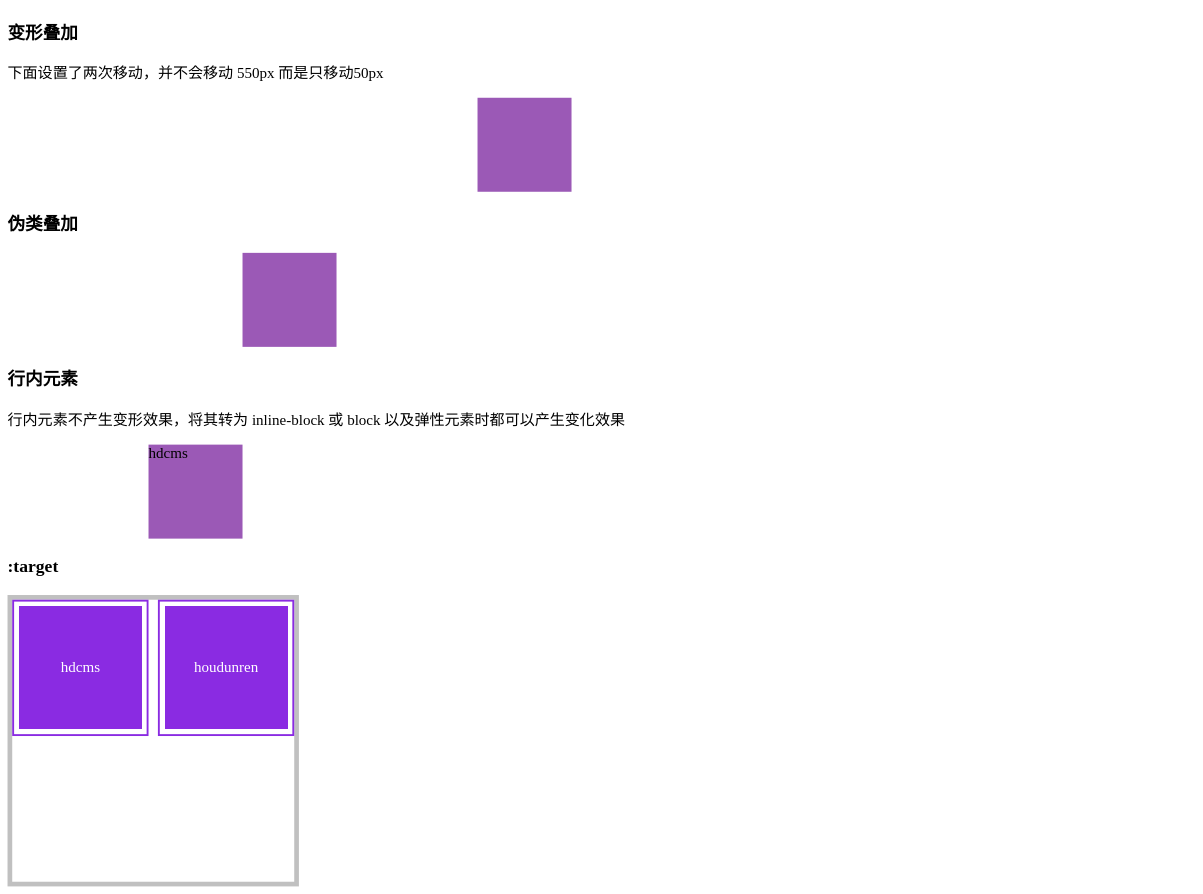
Repository: Aissd/animateDemo
Page: translate.html
These files come from the project's save history. The page is drawn as it stood at one moment and after the next save; the edit follows.
The browser window is 1280 px wide. The pictures show the whole page, at 94% of full size.

Above is the page before, as saved 2020-05-11 21:48:08.

### translate.html
<!DOCTYPE html>
<html lang="en">
<head>
    <meta charset="UTF-8">
    <meta name="viewport" content="width=device-width, initial-scale=1.0">
    <title>变形动画</title>
    <link rel="stylesheet" href="./css/translate.css" />
</head>
<body>
    <div class="container">
        <section class="demo-section">
            <h3>变形叠加</h3>
            <p>下面设置了两次移动，并不会移动 550px 而是只移动50px</p>
            <div class="demo01"></div>
        </section>

        <section class="demo-section">
            <h3>伪类叠加</h3>
            <div class="demo02"></div>
        </section>

        <section class="demo-section">
            <h3>行内元素</h3>
            <p>行内元素不产生变形效果，将其转为 inline-block 或 block 以及弹性元素时都可以产生变化效果</p>
            <span class="demo03">hdcms</span>
        </section>

        <section class="demo-section">
            <h3>:target</h3>
            <article class="demo04">
                <div>
                    <a href="#hdcms">hdcms</a>
                    <aside id="hdcms">内容管理系统</aside>
                </div>
                <div>
                    <a href="#houdunren">houdunren</a>
                    <aside id="houdunren">在线社区</aside>
                </div>
            </article>
        </section>
    </div>
</body>
</html>

### css/translate.css
.demo01 {
    transform: translateX(500px);
    width: 100px;
    height: 100px;
    background: #9b59b6;
}

.demo01:nth-child(1) {
    transform: translateX(50px);
}

.demo02 {
    transition: 2s;
    transform: translateX(200px) translateX(50px);
    width: 100px;
    height: 100px;
    background: #9b59b6;
    transition: 2s;
}

.demo02:hover {
    transform: translateX(100px);
}

.demo03 {
    display: inline-block; /* 去掉这行就失效了 */
    transition: 2s;
    transform: translateX(100px) translateX(50px);
    width: 100px;
    height: 100px;
    background: #9b59b6;
    transition: 2s;
}

.demo03:hover {
    transform: translateX(100px);
}

.demo04 {
    width: 300px;
    height: 300px;
    display: grid;
    gap: 10px;
    grid-template-columns: repeat(2, 1fr);
    grid-template-rows: repeat(2, 1fr);
    position: relative;
    border: 5px solid silver;
    color: #fff;
}

.demo04 div a {
    color: #fff;
    text-decoration: none;
}

.demo04 div,
.demo04 div aside {
    background: blueviolet;
    background-clip: content-box;
    padding: 5px;
    border: solid 2px blueviolet;
    box-sizing: border-box;
    display: flex;
    justify-content: center;
    align-items: center;
    position: relative;
}

.demo04 div aside {
    position: absolute;
    display: none;
    width: 100px;
    height: 100px;
}

.demo04 aside:target {
    display: block;
    transform: translateY(150px);
    box-shadow: 0 0 10px #ddd;
}

After the next save:
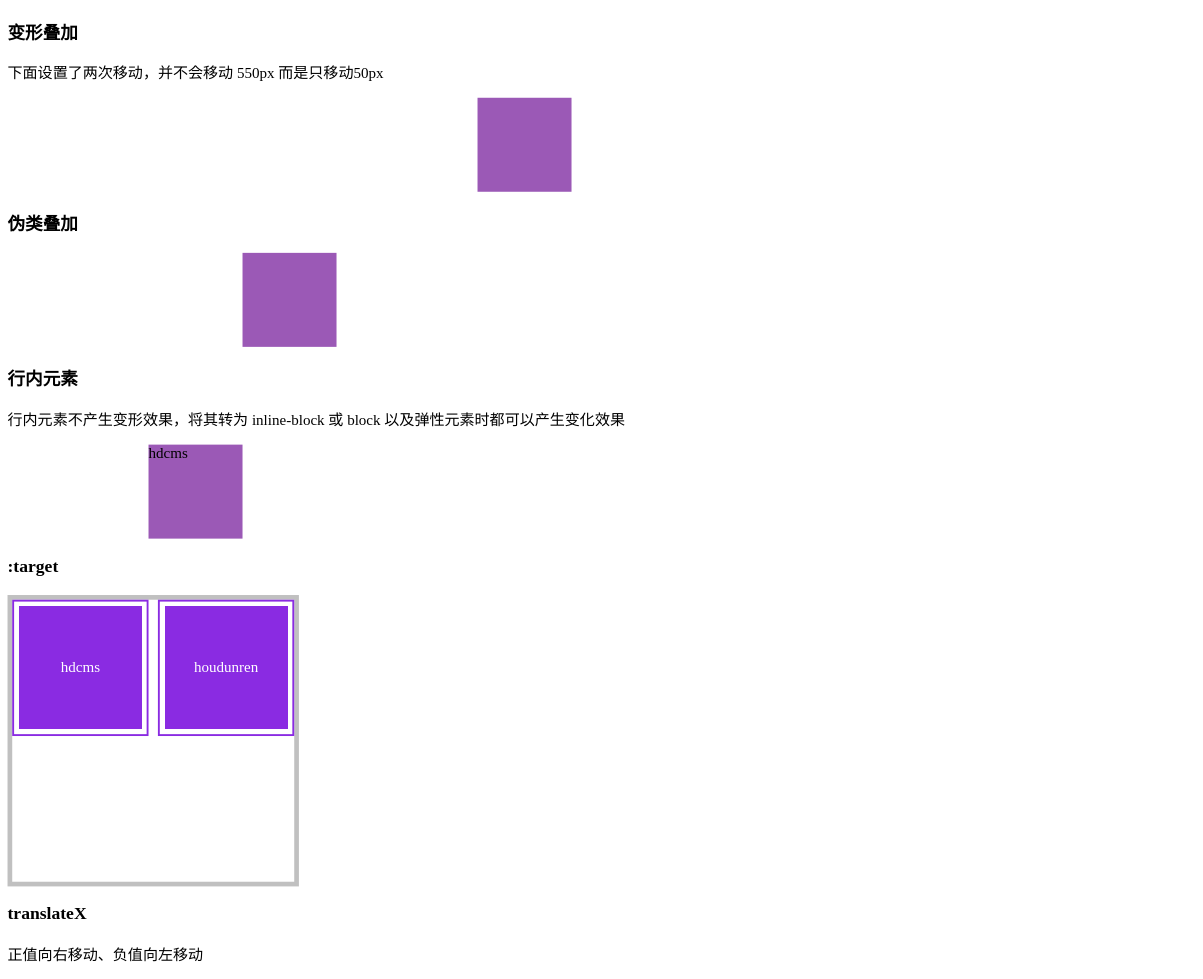
Saved 9 min 57 s later.
--- a/translate.html
+++ b/translate.html
@@ -38,6 +38,15 @@
                 </div>
             </article>
         </section>
+
+        <section class="demo-section">
+            <h3>translateX</h3>
+            <p>正值向右移动、负值向左移动</p>
+            <article class="demo05">
+                <div></div>
+                <div></div>
+            </article>
+        </section>
     </div>
 </body>
 </html>
